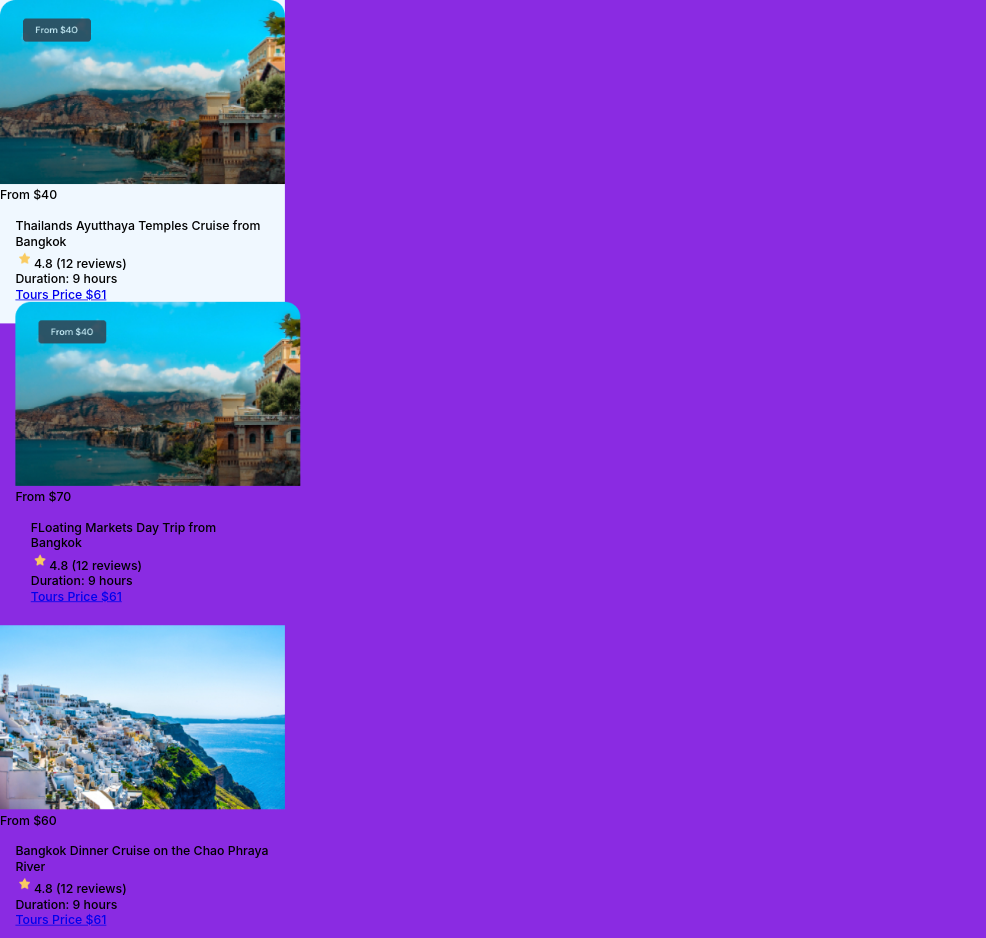
Repository: nguyentuankiet-k61/K_IT-demo
Page: index.html
An editor plug-in stored every save of this project. The page is shown before and after the next save, followed by the edit.
The browser window is 1280 px wide. The pictures show the whole page, at 77% of full size.
Some web fonts or font styles are not loaded; a fallback is used.

Above is the page before, as saved 2022-09-25 13:12:11.

### index.html
<!DOCTYPE html>
<html lang="en">
<head>
    <meta charset="UTF-8">
    <meta http-equiv="X-UA-Compatible" content="IE=edge">
    <meta name="viewport" content="width=device-width, initial-scale=1.0">
    <title>HTML CSS Master</title>
    <link rel = "preconnect" href = "https://fonts.googleapis.com">
    <link rel = "preconnect" href = "https://fonts.gstatic.com" crossorigin>
    <link href = "https: //fonts.googleapis.com/css2? family = Inter: wght @ 500; 600 & display = swap "rel =" stylesheet ">
    <link rel="stylesheet" href="./CSS/app.css">
</head>
<body>
 <div class="">
    <div class="Tours">
        <div class="Tours_top">
            <img src="./image/img1.png" alt="this_is_image"/>From $40
        </div>
        <div class="Tours_content">

            <div class="Tours_titlle">Thailands Ayutthaya Temples
                Cruise from Bangkok</div>

            <div class="Tours_ratting">
                <div class="Tours_review">
                    <div class="Tours_review_count">
                        <img src="./image/img-star.png" alt="tours-ratting"/>4.8 (12 reviews)
                    </div>
                    <div class="Tours_Duration">Duration: 9 hours</div>
                </div>
            </div>
            <a href="https://www.facebook.com/kutooo" target="_blank"
            rel="noopener noreferrer" class="Tours-botton">Tours Price $61</a></br>
        <div class="Tours_top">
            <img src="./image/img1.png" alt="this_is_image"/>From $70
        </div>
        <div class="Tours_content">
            <div class="Tours_titlle">
                FLoating Markets Day Trip from
                Bangkok
            </div>
            <div class="Tours_ratting">
                <div class="Tours_review_count">
                    <img src="./image/img-star.png" alt="tours-ratting"/>4.8 (12 reviews)

                </div>
                <div class="Tours_Duration">
                    Duration: 9 hours
                </div>
            </div>
            <a href="https://www.facebook.com/kutooo" target="_blank"
            rel="noopener noreferrer"
            class="Tours_botton">Tours Price $61</a></br>
        </div>
        </div>
        <div class="Tours_top">
            <img src="./image/img3.png" alt="this_is_image"/>From $60
             <div class="Tours_content">
                <div class="Tours_titlle">
                    Bangkok Dinner Cruise on the
                    Chao Phraya River
                </div>
                <div class="Tours_ratting">
                    <div class="Tours_review_count">
                        <img src="./image/img-star.png" alt="tours-ratting"/>4.8 (12 reviews)

                    </div>
                    <div class="Tours_Ducatiom">
                        Duration: 9 hours
                    </div>
                </div>
               <a href="https://www.facebook.com/kutooo" target="_blank"
               rel="noopener noreferrer"
               class="Tours_botton">Tours Price $61</a>
            </div>
        </div>
    </div>
 </div>
</body>
</html>

### CSS/app.css
*{
    margin: 0;
    padding: 0;
    box-sizing: border-box;
}
body{
    font-family: 'Inter', sans-serif;
    font-weight: 500;
    background-color: blueviolet;

}
.Tours{
    width: 370px;
    height: 420px;
    background-color: aliceblue;

}
.Tours_content{
    padding: 20px 20px 14px;

}

After the next save:
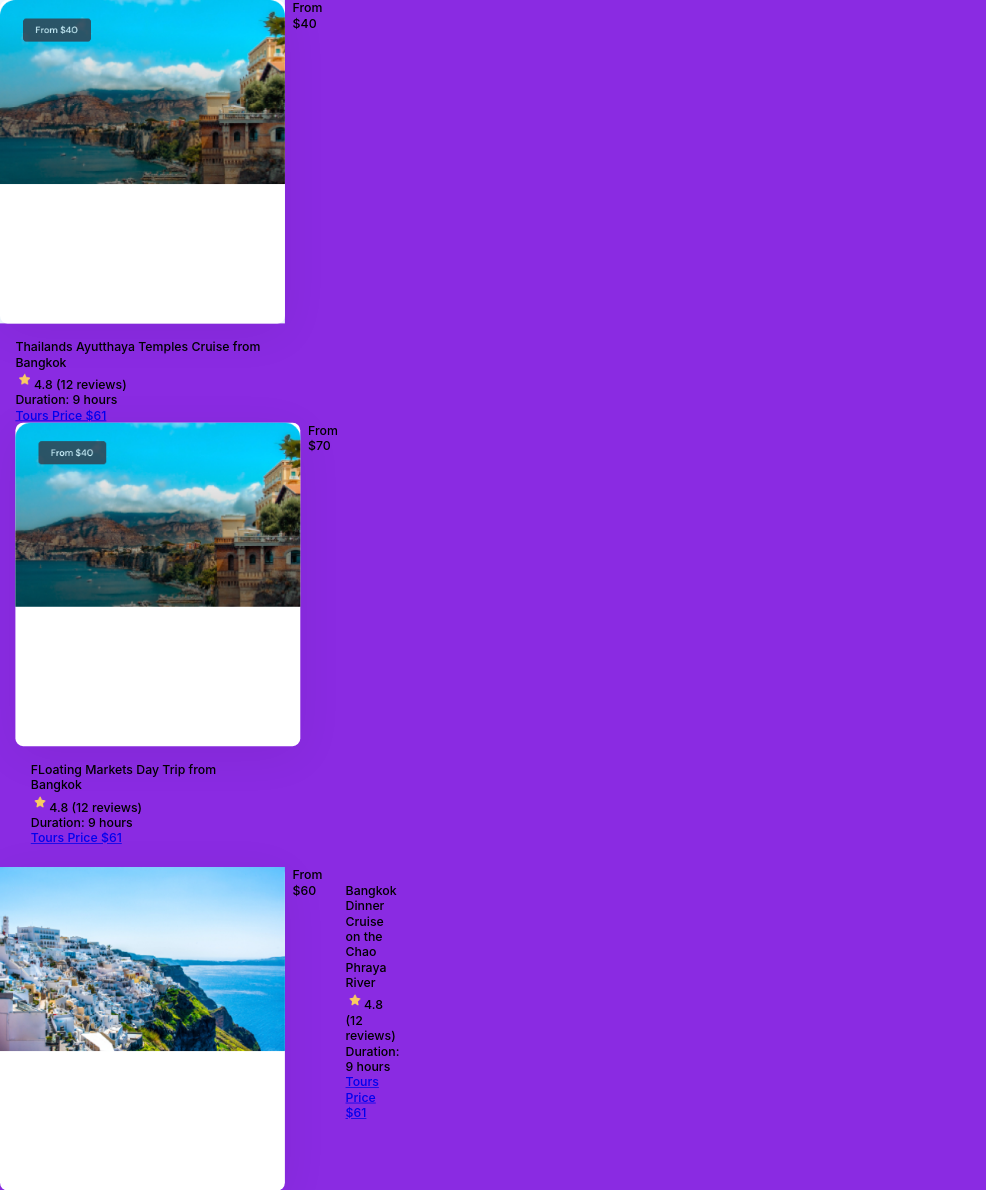
Saved 4 min 11 s later.
--- a/CSS/app.css
+++ b/CSS/app.css
@@ -19,3 +19,23 @@ body{
     padding: 20px 20px 14px;
 
 }
+.Tours_top{
+    display: flex;
+flex-direction: row;
+align-items: flex-start;
+padding: 0px 0px 14px;
+gap: 10px;
+
+width: 370px;
+height: 420px;
+
+background: #FFFFFF;
+box-shadow: 0px 12px 64px rgba(0, 0, 0, 0.06);
+border-radius: 10px;
+
+/* Inside auto layout */
+
+flex: none;
+order: 1;
+flex-grow: 0;
+}

After the save that followed:
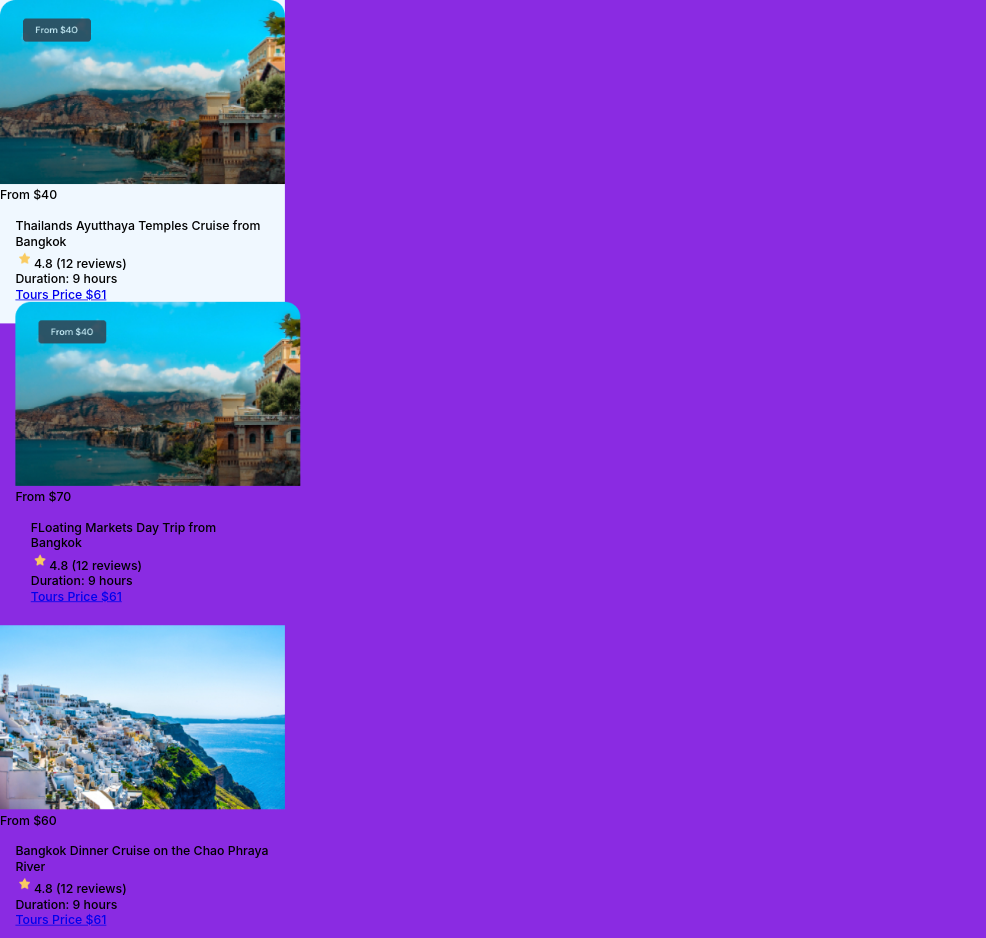
Saved 31 s later.
--- a/CSS/app.css
+++ b/CSS/app.css
@@ -19,23 +19,3 @@ body{
     padding: 20px 20px 14px;
 
 }
-.Tours_top{
-    display: flex;
-flex-direction: row;
-align-items: flex-start;
-padding: 0px 0px 14px;
-gap: 10px;
-
-width: 370px;
-height: 420px;
-
-background: #FFFFFF;
-box-shadow: 0px 12px 64px rgba(0, 0, 0, 0.06);
-border-radius: 10px;
-
-/* Inside auto layout */
-
-flex: none;
-order: 1;
-flex-grow: 0;
-}
